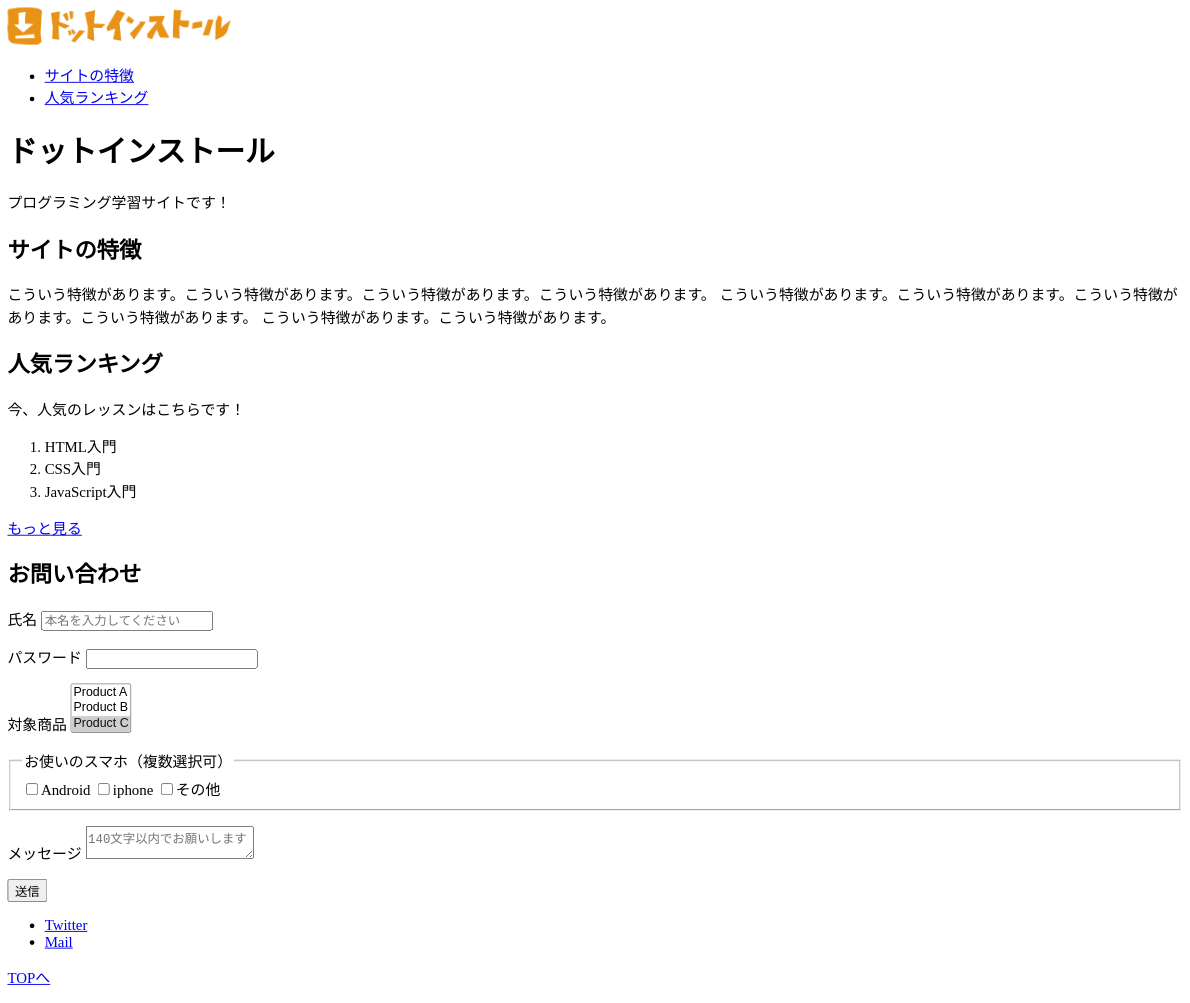
Repository: kojimayu/dotinstall-html
Page: index.html
These files come from the project's save history. The page is drawn as it stood at one moment and after the next save; the edit follows.
The browser window is 1280 px wide. The pictures show the whole page, at 93% of full size.

Above is the page before, as saved 2019-04-05 09:37:31.

After the next save:
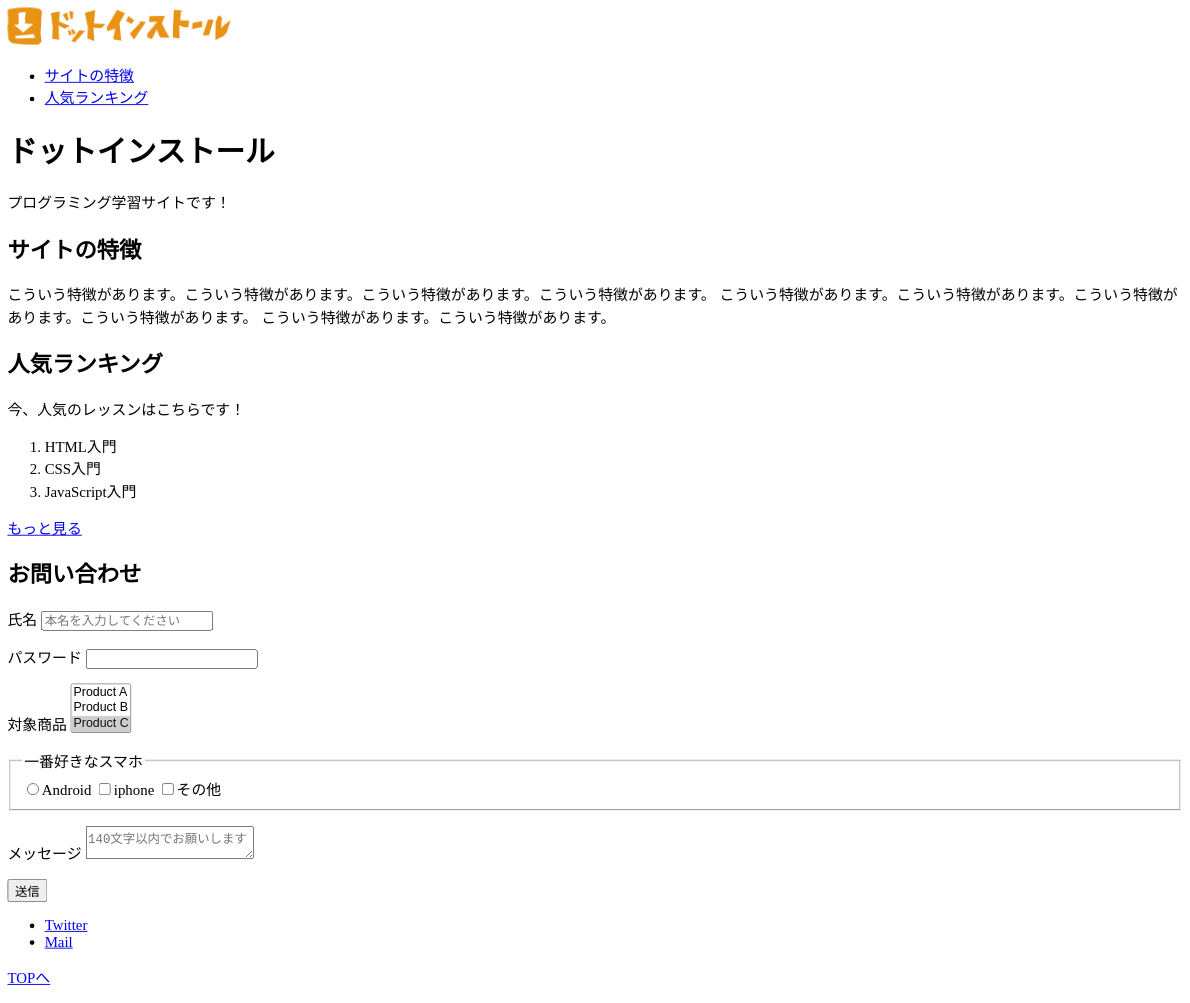
Saved 2 min 13 s later.
--- a/index.html
+++ b/index.html
@@ -57,8 +57,8 @@
         </p>
 
         <fieldset>
-            <legend>お使いのスマホ（複数選択可）</legend>
-            <input type="checkbox" id="android"><label for="android">Android</label>
+            <legend>一番好きなスマホ</legend>
+            <input type="radio" id="android"><label for="android">Android</label>
             <input type="checkbox" id="iphone"><label for="iphone">iphone</label>
             <input type="checkbox" id="other"><label for="other">その他</label>
         </fieldset>
